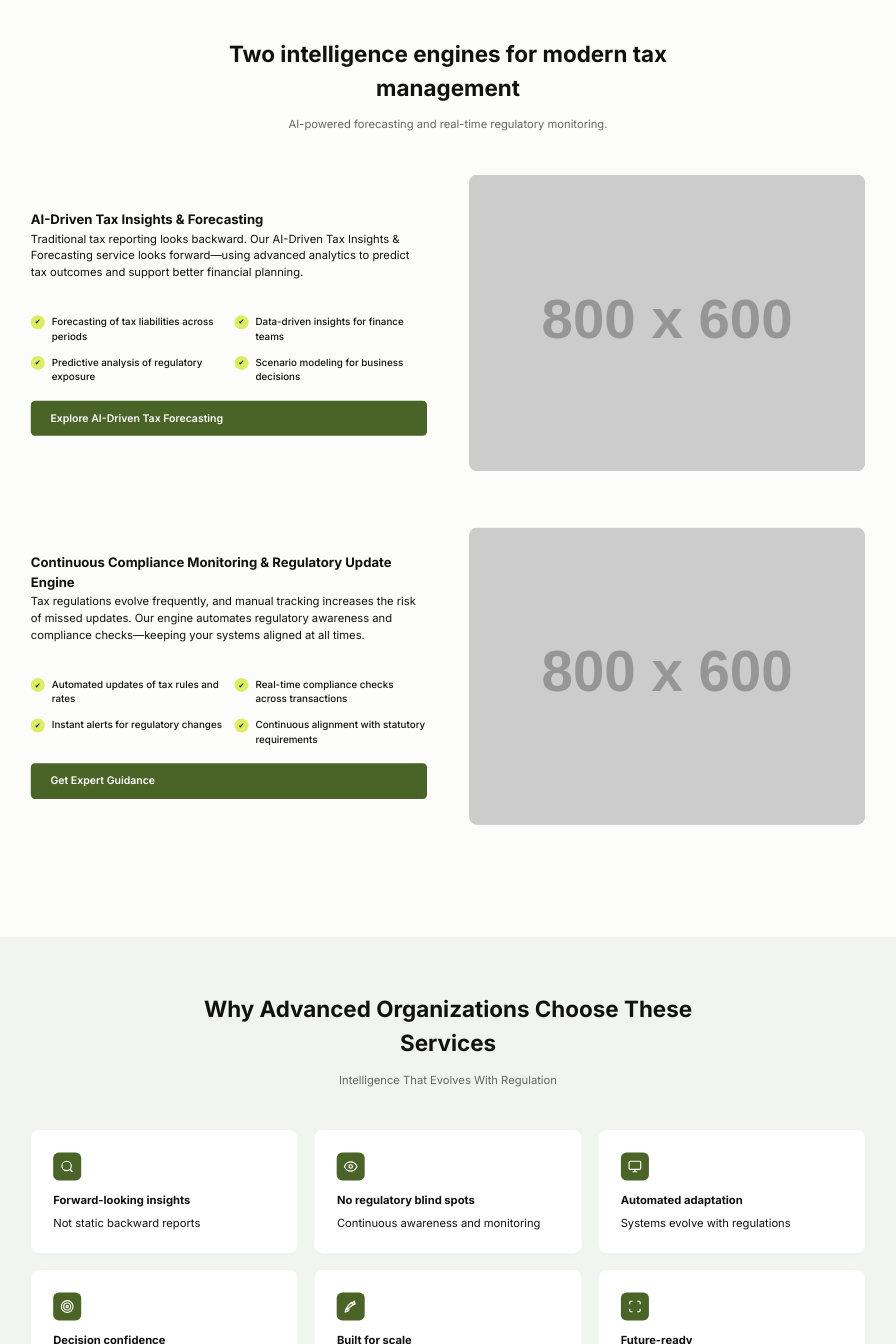
Repository: Opawumi/work_merate
Page: advanced-intelligence.html
An editor plug-in stored every save of this project. The page is shown before and after a run of saves, followed by the edit.
The browser window is 1280 px wide. The pictures show the part of the page from y = 1218 to 3138 px (the page is 4199 px tall before and 4213 px after), at 70% of full size.

Above is the page before, as saved 2026-02-02 12:13:39.

After the next 5 saves:
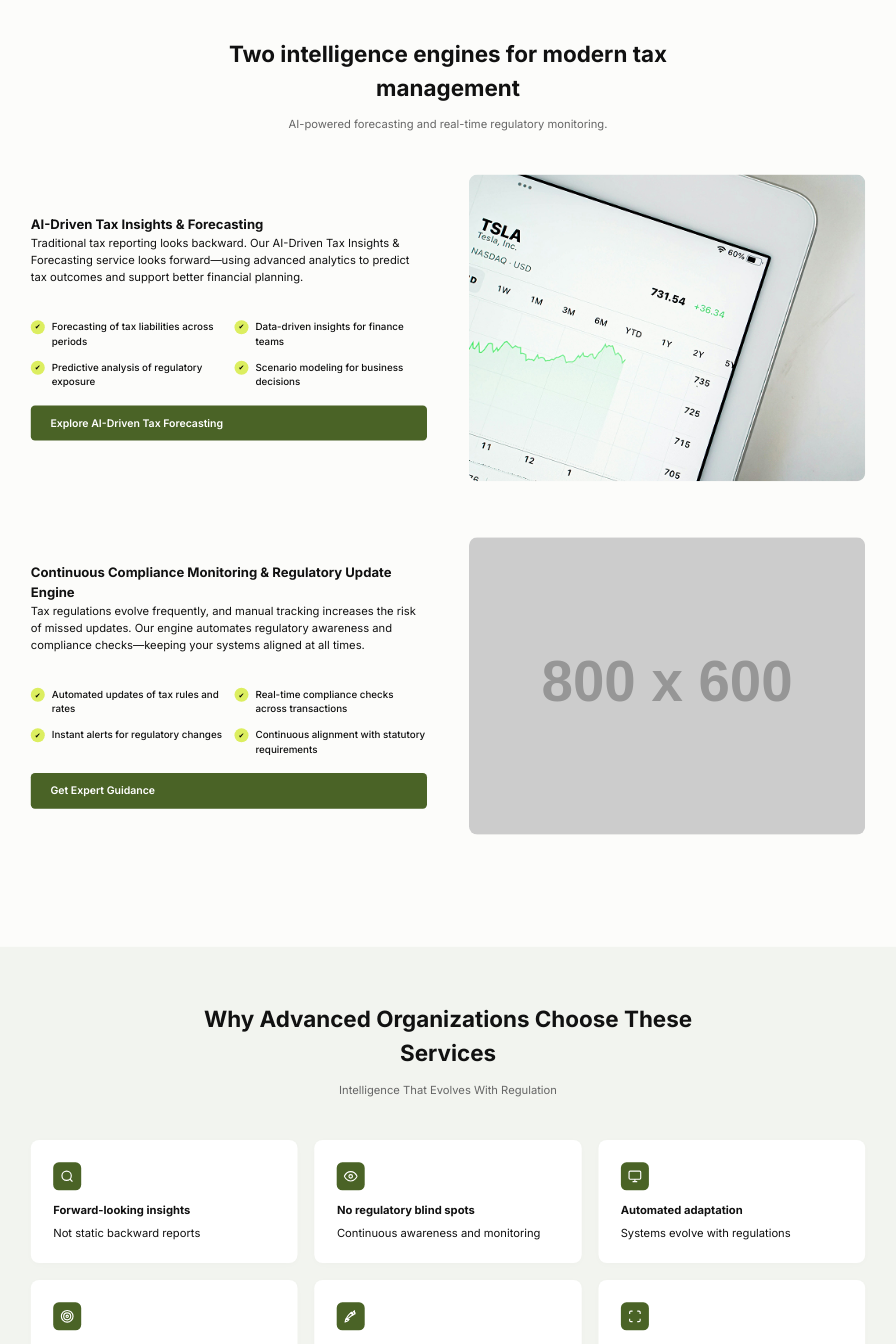
The 5 saves are shown as one change because they came seconds apart.
The last was saved 2 min 9 s later.
--- a/advanced-intelligence.html
+++ b/advanced-intelligence.html
@@ -112,7 +112,7 @@
                     <a href="#" class="btn-dark mt-6">Explore AI-Driven Tax Forecasting</a>
                 </div>
                 <div class="image-content">
-                    <img src="https://placehold.co/800x600/eeeeee/999999?text=Tablet+Data" alt="Tablet showing graphs">
+                    <img src="./assets/ai-one.png" alt="Tablet showing graphs">
                 </div>
             </div>
 
